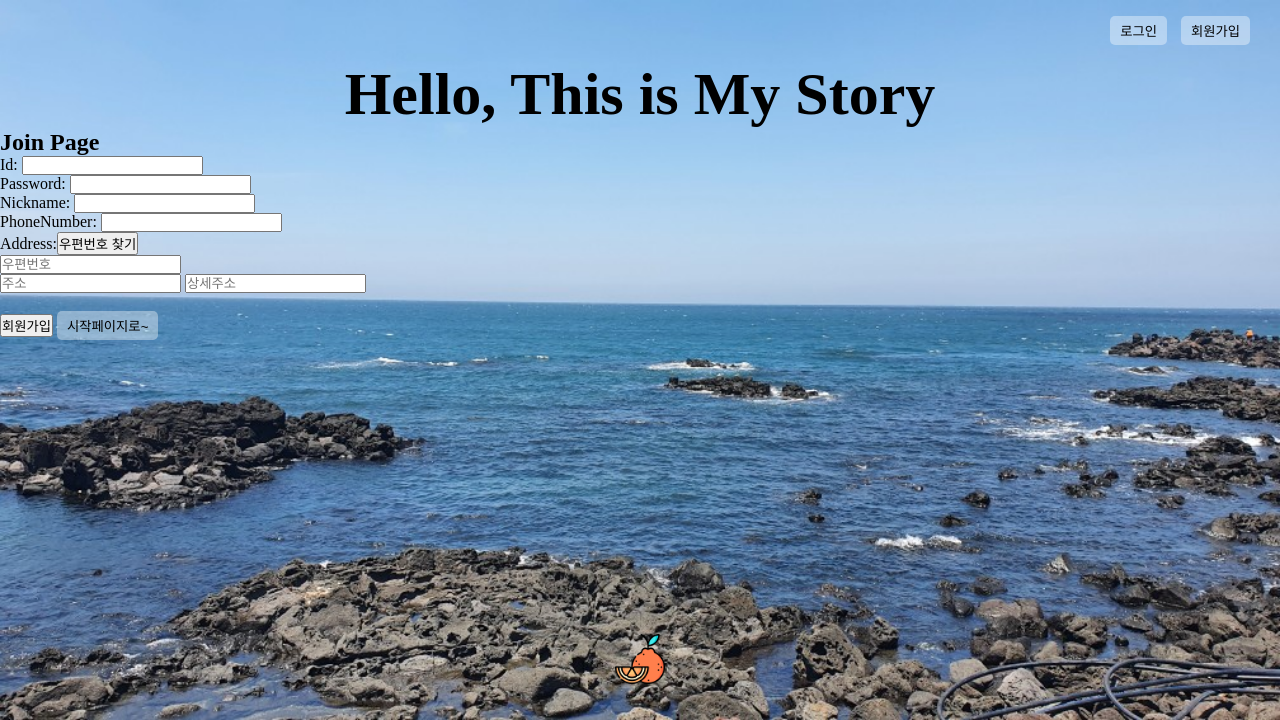
Repository: jeeniii/test2022_12_29
Page: http://localhost/portfolio/mem/join
These files come from the project's save history. The page is drawn as it stood at one moment and after the next save; the edit follows.
The browser window is 1280 px wide. The pictures show the whole page.
The page is served by Tomcat 9.

Above is the page before, as saved 2022-12-13 07:04:18.

After the next save:
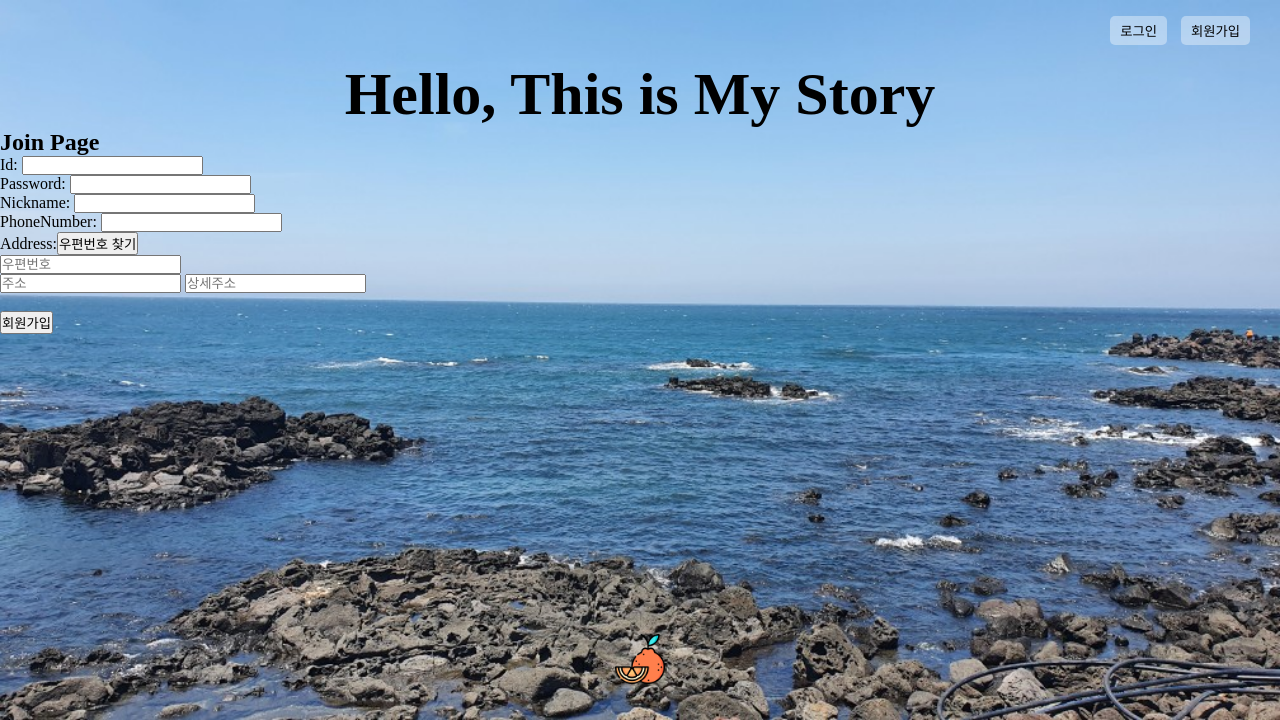
Saved 33 s later.
--- a/JSP_Portfolio/portfolio/src/main/webapp/member/join.jsp
+++ b/JSP_Portfolio/portfolio/src/main/webapp/member/join.jsp
@@ -21,7 +21,6 @@
 				<input type="text" name="addr2" id="sample6_detailAddress" placeholder="상세주소"">
 				<input type="hidden" id="sample6_extraAddress" placeholder="참고항목"> <br><br>
 		<button type="submit">회원가입</button>
-		<a href="/"> <button type="button">시작페이지로~</button> </a>
 	</form>
 </section>
 <script src="//t1.daumcdn.net/mapjsapi/bundle/postcode/prod/postcode.v2.js"></script>
